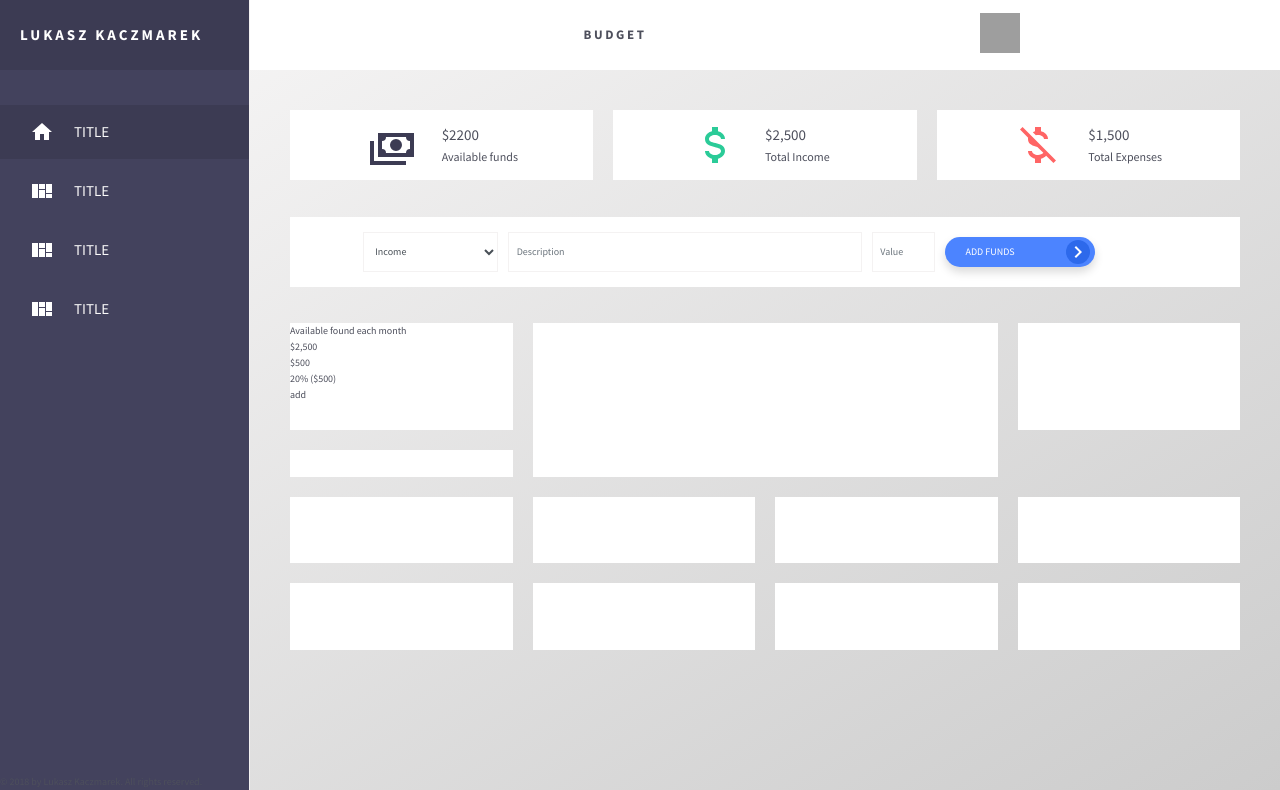
Repository: Archezi/BudgetApplication
Page: index.html
These files come from the project's save history. The page is drawn as it stood at one moment and after the next save; the edit follows.
The browser window is 1280 px wide. The pictures show the whole page.
Pictures or frames that could not be fetched are drawn as grey boxes. The style sheet was rebuilt from its Sass, Less or Tailwind sources for each picture, by a compiler version that may differ from the author's.

Above is the page before, as saved 2018-08-30 00:10:15.
Console error: TypeError: $(...).formSelect is not a function

After the next save:
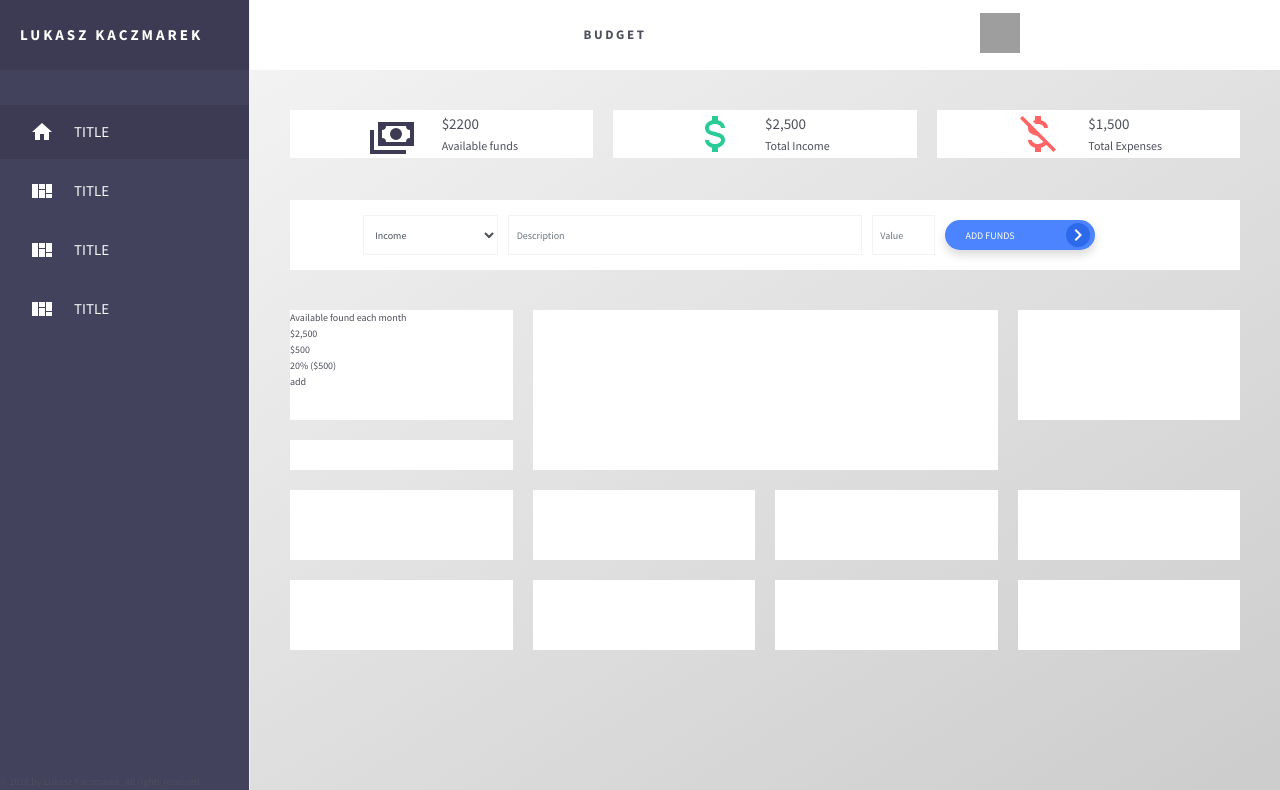
Saved 108 s later.
--- a/sass/components/_layout.scss
+++ b/sass/components/_layout.scss
@@ -58,7 +58,7 @@
         display: grid;
         grid-gap: 2rem;
         grid-template-columns: repeat(3, 1fr);
-        height: 7rem;
+        grid-auto-rows: min-content;
         & > * {
             background: var(--color-white);
         }
